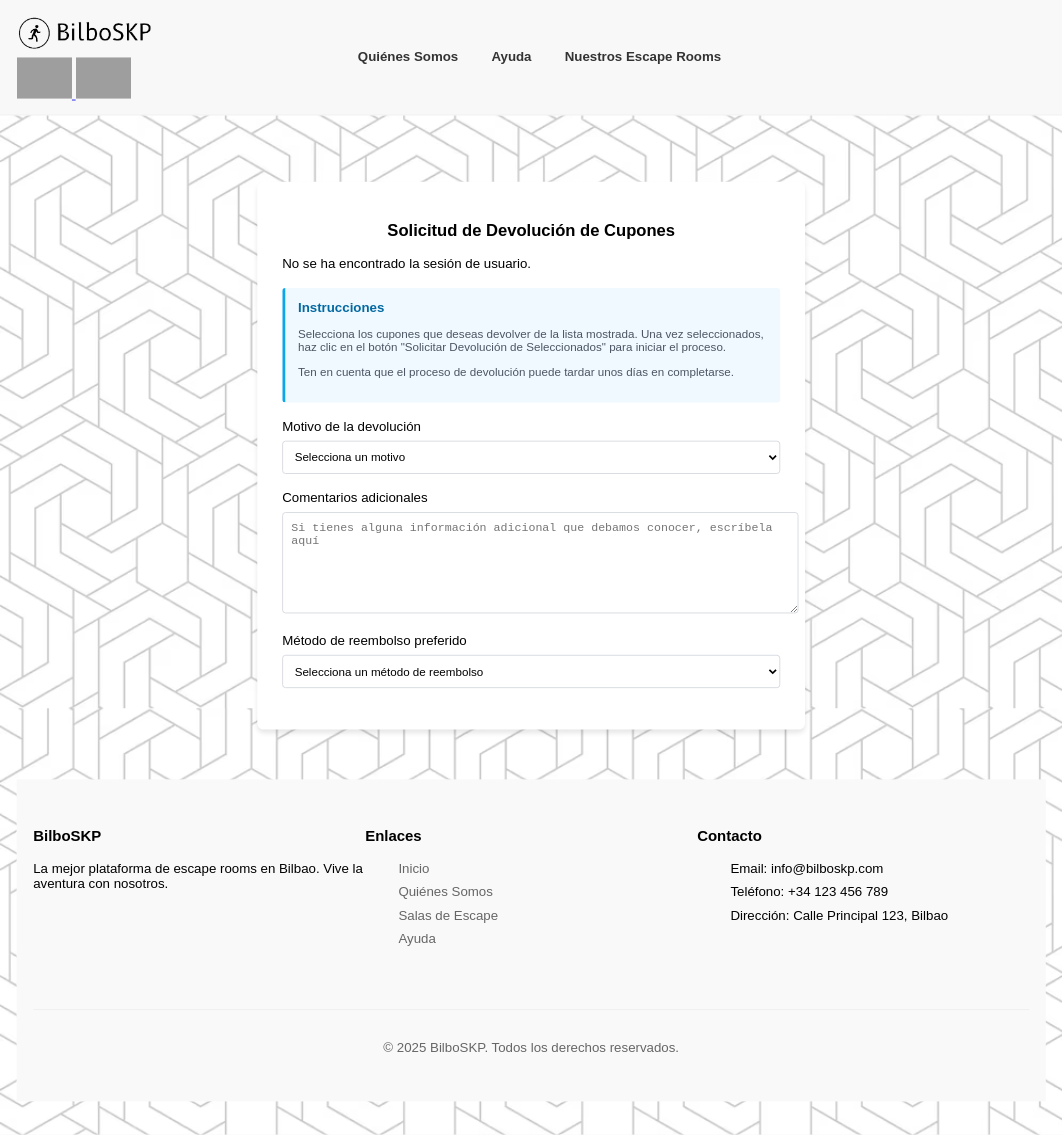
Repository: Andrew1447/Reto3-main
Page: http://localhost/bilboSKP/DevolverCupones.jsp
The author's editor kept a copy of each file at every save. The page is drawn from the files as they stood at one save, then again after the next save.
The browser window is 1280 px wide. The pictures show the whole page, at 83% of full size.
Pictures or frames that could not be fetched are drawn as grey boxes. Backgrounds fixed to the window are drawn as part of the page. Some web fonts or font styles are not loaded; a fallback is used. The page is served by Tomcat 9. Other server files are loaded and not shown. The template is opened directly, without the code that normally fills it, so the values that code supplies are empty.

Above is the page before, as saved 2025-04-27 06:39:04.

### bilboSKP/src/main/webapp/DevolverCupones.jsp
<%@ page language="java" contentType="text/html; charset=ISO-8859-1" pageEncoding="ISO-8859-1"%>
<%@ page import="java.util.List" %>
<%@ page import="java.sql.ResultSet" %>
<%@ page import="java.sql.SQLException" %>
<%@ page import="dao.AccesoBD" %>
<%@ page import="java.sql.Connection" %>
<%@ page import="java.sql.PreparedStatement" %>
<%@ page import="java.text.SimpleDateFormat" %>

<!DOCTYPE html>
<html>
<head>
    <meta charset="UTF-8">
    <meta name="viewport" content="width=device-width, initial-scale=1.0">
    <title>Devolución de Cupones - BilboSKP</title>
    <link rel="stylesheet" href="styles/style.css">
    <link rel="stylesheet" href="styles/Devolver.css">
    <link rel="preconnect" href="https://fonts.googleapis.com">
    <link rel="preconnect" href="https://fonts.gstatic.com" crossorigin>
    <link href="https://fonts.googleapis.com/css2?family=Ubuntu:ital,wght@0,300;0,400;0,500;0,700;1,300;1,400;1,500;1,700&display=swap" rel="stylesheet">
    <link rel="stylesheet" href="https://cdnjs.cloudflare.com/ajax/libs/font-awesome/6.4.0/css/all.min.css">
    <style>
        .coupon-list-container {
            margin-top: 20px;
            border: 1px solid #ccc;
            padding: 15px;
            border-radius: 5px;
            background-color: #f9f9f9;
        }

        .coupon-item {
            margin-bottom: 10px;
            padding: 10px;
            border: 1px solid #eee;
            border-radius: 3px;
            background-color: #fff;
            display: flex;
            justify-content: space-between;
            align-items: center;
        }

        .coupon-info {
            flex-grow: 1;
        }

        .coupon-info span {
            font-weight: bold;
        }

        .select-coupon {
            margin-left: 15px;
        }
    </style>
</head>
<body>
    <header>
        <div class="logo-container">
            <a href="Index.jsp"><img src="img/bilboskp-high-resolution-logo-removebg-preview.png" alt="BilboSKP Logo"></a>
            <div class="language-selector">
                <a href="?lang=es" title="Español">
                    <img src="https://upload.wikimedia.org/wikipedia/commons/thumb/9/9a/Flag_of_Spain.svg/1200px-Flag_of_Spain.svg.png" alt="Bandera de España">
                </a>
                <a href="?lang=en" title="English">
                    <img src="https://upload.wikimedia.org/wikipedia/commons/thumb/8/83/Flag_of_the_United_Kingdom_%283-5%29.svg/1200px-Flag_of_the_United_Kingdom_%283-5%29.svg.png" alt="Bandera del Reino Unido">
                </a>
            </div>
        </div>
        <nav>
            <a href="QuienesSomos.jsp">Quiénes Somos</a>
            <a href="Ayuda.jsp">Ayuda</a>
            <a href="EscapeRooms.jsp">Nuestros Escape Rooms</a>
        </nav>
    </header>

    <main>
        <div class="form-container" id="form-devolucion">
            <h2 class="form-title">Solicitud de Devolución de Cupones</h2>

            <%
                String nombreUsuario = (String) request.getAttribute("nombreSesion");
                if (nombreUsuario != null) {
                    Connection connection = null;
                    PreparedStatement preparedStatement = null;
                    ResultSet resultSet = null;
                    SimpleDateFormat dateFormat = new SimpleDateFormat("yyyy-MM-dd HH:mm:ss");

                    try {
                        connection = AccesoBD.getConnection();
                        String sql = "SELECT cantidad, fecha_compra FROM cupon WHERE usuario = ?";
                        preparedStatement = connection.prepareStatement(sql);
                        preparedStatement.setString(1, nombreUsuario);
                        resultSet = preparedStatement.executeQuery();

                        if (resultSet.isBeforeFirst()) {
                            out.println("<div class='coupon-list-container'>");
                            out.println("<h3>Tus Cupones Disponibles para Devolución:</h3>");
                            out.println("<form id='devolver-cupones-form' action='ProcesarDevolucionServlet' method='post'>");
                            out.println("<input type='hidden' name='usuario' value='" + nombreUsuario + "'>");

                            while (resultSet.next()) {
                                int cantidad = resultSet.getInt("cantidad");
                                if (cantidad > 0) { // Solo mostrar cupones con cantidad mayor que 0
                                    java.sql.Timestamp fechaCompra = resultSet.getTimestamp("fecha_compra");
                                    String formattedFechaCompra = dateFormat.format(fechaCompra);

                                    out.println("<div class='coupon-item'>");
                                    out.println("<div class='coupon-info'>");
                                    out.println("<span>Cantidad:</span> " + cantidad + "<br>");
                                    out.println("<span>Fecha de Compra:</span> " + formattedFechaCompra);
                                    out.println("</div>");
                                    out.println("<div class='select-coupon'>");
                                    out.println("<label><input type='checkbox' name='cuponesSeleccionados' value='" + formattedFechaCompra + "'> Seleccionar</label>");
                                    out.println("</div>");
                                    out.println("</div>");
                                }
                            }
                            out.println("<button type='submit' class='form-submit'>Solicitar Devolución de Seleccionados</button>");
                            out.println("</form>");
                            out.println("</div>");
                        } else {
                            out.println("<p>No tienes cupones disponibles para devolver.</p>");
                        }

                    } catch (SQLException e) {
                        e.printStackTrace();
                        out.println("<p class='error-message'>Error al obtener la lista de cupones.</p>");
                    } finally {
                        AccesoBD.closeConnection(resultSet, preparedStatement, connection);
                    }
                } else {
                    out.println("<p class='error-message'>No se ha encontrado la sesión de usuario.</p>");
                }
            %>

            <div class="info-box">
                <div class="info-title">Instrucciones</div>
                <div class="info-content">
                    <p>Selecciona los cupones que deseas devolver de la lista mostrada. Una vez seleccionados, haz clic en el botón "Solicitar Devolución de Seleccionados" para iniciar el proceso.</p>
                    <p>Ten en cuenta que el proceso de devolución puede tardar unos días en completarse.</p>
                </div>
            </div>

            <div class="form-group">
                <label class="form-label" for="motivo">Motivo de la devolución</label>
                <select class="form-select" id="motivo" required>
                    <option value="" disabled selected>Selecciona un motivo</option>
                    <option value="no-uso">No voy a utilizar los cupones</option>
                    <option value="error">Error en la compra</option>
                    <option value="insatisfaccion">Insatisfacción con el servicio</option>
                    <option value="otro">Otro motivo</option>
                </select>
            </div>

            <div class="form-group">
                <label class="form-label" for="comentarios">Comentarios adicionales</label>
                <textarea class="form-textarea" id="comentarios" placeholder="Si tienes alguna información adicional que debamos conocer, escríbela aquí"></textarea>
            </div>

            <div class="form-group">
                <label class="form-label" for="metodo-reembolso">Método de reembolso preferido</label>
                <select class="form-select" id="metodo-reembolso" required>
                    <option value="" disabled selected>Selecciona un método de reembolso</option>
                    <option value="original">Mismo método de pago original</option>
                    <option value="transferencia">Transferencia bancaria</option>
                    <option value="credito">Crédito en cuenta BilboSKP</option>
                </select>
            </div>

            </div>
        <footer>
            <div class="container">
                <div class="footer-content">
                    <div class="footer-column">
                        <h3>BilboSKP</h3>
                        <p>La mejor plataforma de escape rooms en Bilbao. Vive la aventura con nosotros.</p>
                    </div>
                    <div class="footer-column">
                        <h3>Enlaces</h3>
                        <ul>
                            <li><a href="Index.jsp">Inicio</a></li>
                            <li><a href="QuienesSomos.jsp">Quiénes Somos</a></li>
                            <li><a href="EscapeRooms.jsp">Salas de Escape</a></li>
                            <li><a href="Ayuda.jsp">Ayuda</a></li>
                        </ul>
                    </div>
                    <div class="footer-column">
                        <h3>Contacto</h3>
                        <ul>
                            <li>Email: info@bilboskp.com</li>
                            <li>Teléfono: +34 123 456 789</li>
                            <li>Dirección: Calle Principal 123, Bilbao</li>
                        </ul>
                    </div>
                </div>
                <div class="footer-bottom">
                    <p>&copy; 2025 BilboSKP. Todos los derechos reservados.</p>
                </div>
            </div>
        </footer>
    </main>
</body>
</html>

### bilboSKP/src/main/webapp/styles/Devolver.css
       main {
      padding: 40px 20px;
    }

    .main-title {
      text-align: center;
      font-size: 28px;
      font-weight: bold;
      margin-bottom: 40px;
    }

    .options-container {
      display: flex;
      justify-content: center;
      gap: 20px;
      flex-wrap: wrap;
      max-width: 1200px;
      margin: 0 auto;
    }

    .option-card {
      background-color: white;
      border-radius: 8px;
      overflow: hidden;
      width: 100%;
      max-width: 350px;
      box-shadow: 0 4px 6px rgba(0, 0, 0, 0.1);
      display: flex;
      flex-direction: column;
    }

    .option-header {
      padding: 20px;
      color: white;
    }

    .option-title {
      font-size: 20px;
      font-weight: bold;
      margin-bottom: 10px;
    }

    .option-subtitle {
      font-size: 14px;
      opacity: 0.9;
    }

    .option-content {
      padding: 20px;
      flex-grow: 1;
      display: flex;
      flex-direction: column;
    }

    .option-highlight {
      font-size: 20px;
      font-weight: bold;
      text-align: center;
      margin: 15px 0;
    }

    .option-details {
      margin-top: 20px;
      flex-grow: 1;
    }

    .detail-row {
      display: flex;
      justify-content: space-between;
      padding: 10px 0;
      border-bottom: 1px solid #eee;
    }

    .detail-label {
      color: #6b7280;
      font-size: 14px;
    }

    .detail-value {
      font-weight: 500;
    }

    .option-button {
      display: block;
      width: 100%;
      padding: 12px;
      background-color: #4338ca;
      color: white;
      border: none;
      border-radius: 4px;
      font-weight: 500;
      cursor: pointer;
      text-align: center;
      text-decoration: none;
      margin-top: 20px;
    }

    .option-button:hover {
      background-color: #3730a3;
    }

    /* Colores específicos para cada opción */
    .option-standard .option-header {
      background-color: #6366f1;
    }

    .option-express .option-header {
      background-color: #4f46e5;
    }

    .option-premium .option-header {
      background-color: #b91c1c;
    }

    /* Estilos para el formulario */
    .form-container {
      max-width: 600px;
      margin: 40px auto;
      background-color: white;
      padding: 30px;
      border-radius: 8px;
      box-shadow: 0 4px 6px rgba(0, 0, 0, 0.1);
    }

    .form-title {
      font-size: 20px;
      font-weight: bold;
      margin-bottom: 20px;
      text-align: center;
    }

    .form-group {
      margin-bottom: 20px;
    }

    .form-label {
      display: block;
      margin-bottom: 8px;
      font-weight: 500;
    }

    .form-input {
      width: 100%;
      padding: 10px;
      border: 1px solid #d1d5db;
      border-radius: 4px;
      font-size: 14px;
    }

    .form-input:focus {
      outline: none;
      border-color: #4f46e5;
      box-shadow: 0 0 0 2px rgba(79, 70, 229, 0.1);
    }

    .form-select {
      width: 100%;
      padding: 10px;
      border: 1px solid #d1d5db;
      border-radius: 4px;
      font-size: 14px;
      background-color: white;
    }

    .form-textarea {
      width: 100%;
      padding: 10px;
      border: 1px solid #d1d5db;
      border-radius: 4px;
      font-size: 14px;
      min-height: 100px;
      resize: vertical;
    }

    .form-submit {
      display: block;
      width: 100%;
      padding: 12px;
      background-color: #4338ca;
      color: white;
      border: none;
      border-radius: 4px;
      font-weight: 500;
      cursor: pointer;
      margin-top: 10px;
    }

    .form-submit:hover {
      background-color: #3730a3;
    }

    .info-box {
      background-color: #f0f9ff;
      border-left: 4px solid #0ea5e9;
      padding: 15px;
      margin: 20px 0;
      border-radius: 4px;
    }

    .info-title {
      font-weight: 600;
      color: #0369a1;
      margin-bottom: 5px;
    }

    .info-content {
      font-size: 14px;
      color: #4b5563;
    }

Loaded but not shown: bilboSKP/src/main/webapp/styles/style.css (398 lines, source omitted)

After the next save:
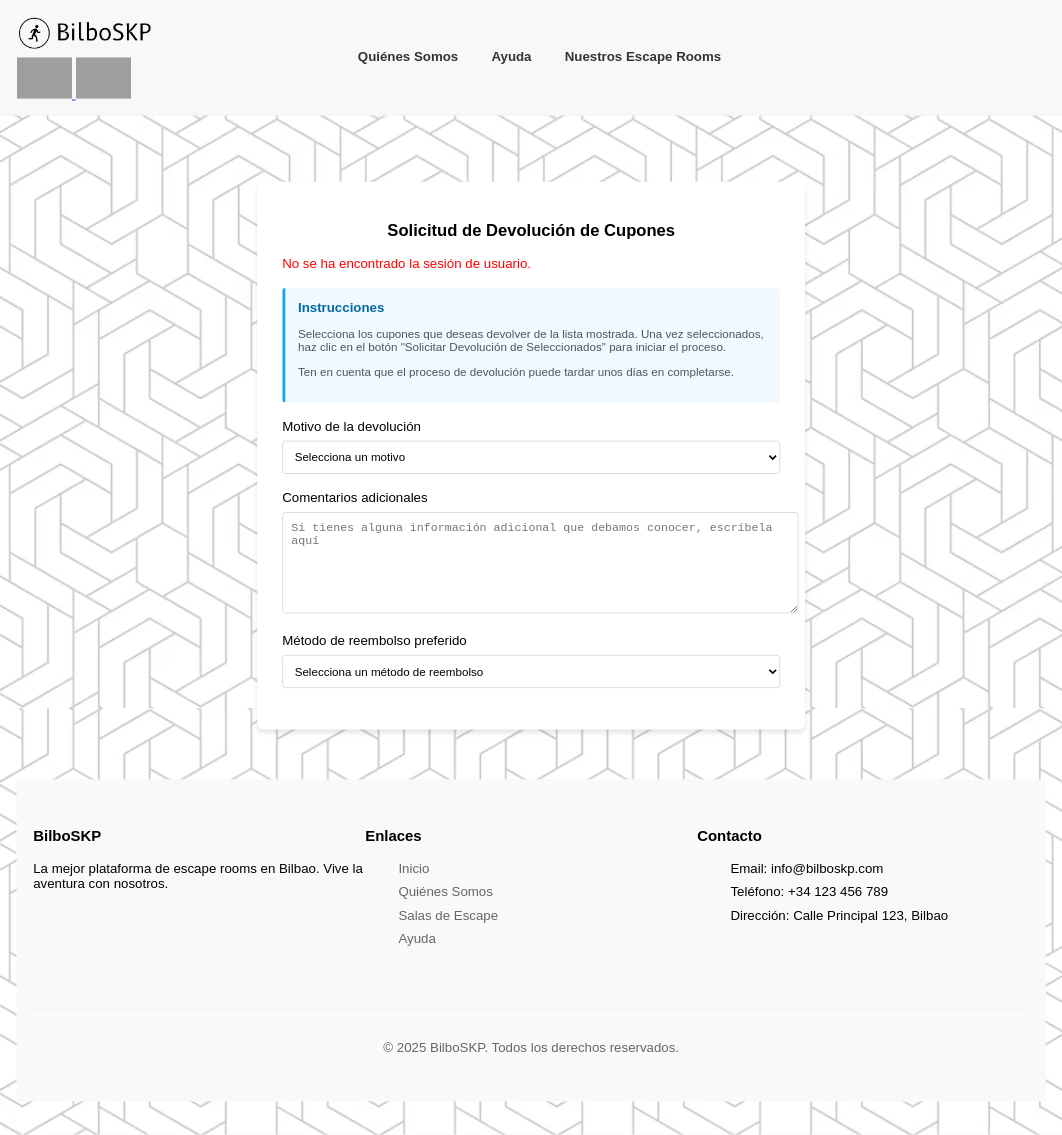
Saved 2 min 1 s later.
--- a/bilboSKP/src/main/webapp/DevolverCupones.jsp
+++ b/bilboSKP/src/main/webapp/DevolverCupones.jsp
@@ -50,6 +50,11 @@
         .select-coupon {
             margin-left: 15px;
         }
+
+        .error-message {
+            color: red;
+            margin-top: 10px;
+        }
     </style>
 </head>
 <body>
@@ -86,7 +91,7 @@
 
                     try {
                         connection = AccesoBD.getConnection();
-                        String sql = "SELECT cantidad, fecha_compra FROM cupon WHERE usuario = ?";
+                        String sql = "SELECT cantidad, fecha_compra, fecha_reembolso FROM cupon WHERE usuario = ?";
                         preparedStatement = connection.prepareStatement(sql);
                         preparedStatement.setString(1, nombreUsuario);
                         resultSet = preparedStatement.executeQuery();
@@ -99,10 +104,11 @@
 
                             while (resultSet.next()) {
                                 int cantidad = resultSet.getInt("cantidad");
-                                if (cantidad > 0) { // Solo mostrar cupones con cantidad mayor que 0
-                                    java.sql.Timestamp fechaCompra = resultSet.getTimestamp("fecha_compra");
-                                    String formattedFechaCompra = dateFormat.format(fechaCompra);
-
+                                java.sql.Timestamp fechaCompra = resultSet.getTimestamp("fecha_compra");
+                                java.sql.Timestamp fechaReembolso = resultSet.getTimestamp("fecha_reembolso");
+                                String formattedFechaCompra = dateFormat.format(fechaCompra);
+
+                                if (fechaReembolso == null && cantidad > 0) { // Solo mostrar si no está reembolsado y cantidad > 0
                                     out.println("<div class='coupon-item'>");
                                     out.println("<div class='coupon-info'>");
                                     out.println("<span>Cantidad:</span> " + cantidad + "<br>");
@@ -166,7 +172,7 @@
                 </select>
             </div>
 
-            </div>
+        </div>
         <footer>
             <div class="container">
                 <div class="footer-content">
